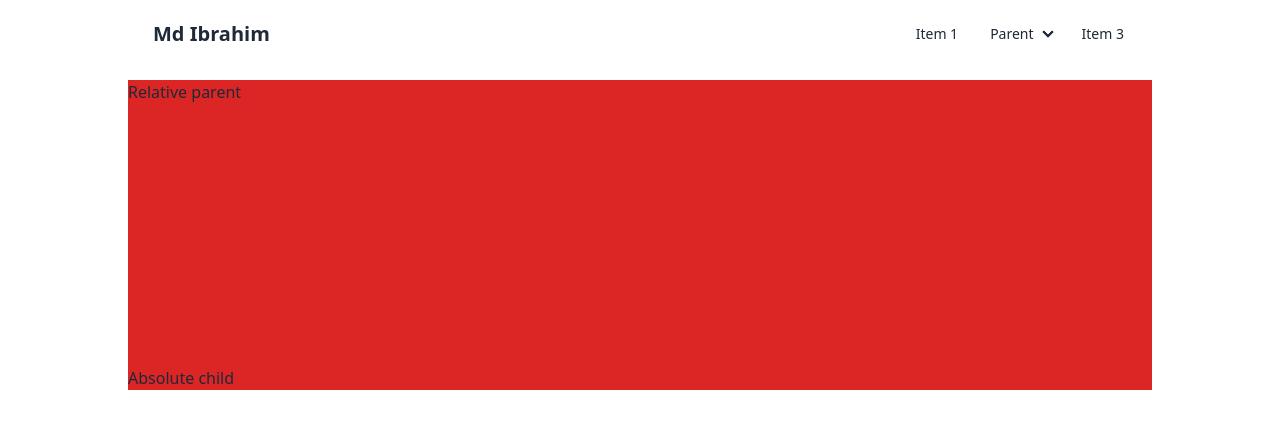
Repository: mdrubel02/portfilo
Page: /
The author's editor kept a copy of each file at every save. The page is drawn from the files as they stood at one save, then again after the next save.
The browser window is 1280 px wide. The pictures show the whole page.
The project was rebuilt for these pictures with package versions that can differ from the ones it lists, and the page was loaded fresh each time. Also part of the build but not shown: vite.config.js.

Above is the page before, as saved 2023-06-22 20:23:54.

### src/main.jsx
import React from 'react'
import ReactDOM from 'react-dom/client'
import './index.css'
import { RouterProvider } from 'react-router-dom'
import router from './Layout/routes'



ReactDOM.createRoot(document.getElementById('root')).render(
  <React.StrictMode>
    <div className='max-w-screen-lg mx-auto'>
      <RouterProvider router={router} />
    </div>
  </React.StrictMode>,
)

### src/Layout/routes.jsx
import { createBrowserRouter } from "react-router-dom";
import Main from "./Main";
import Home from "../Pages/Home/Home";


const router = createBrowserRouter([
  {
    path: "/",
    element: <Main />,
    children: [
      { path: '/', element: <Home /> },
      { path: '/home', element: <Home /> }
    ]
  }
]);

export default router;

### src/Layout/Main.jsx
import React from 'react';
import Navbar from '../Shared/Navbar/Navbar';
import { Outlet } from 'react-router-dom';

const Main = () => {
    return (
        <div className=''>
            <Navbar />
            <Outlet />
        </div>
    );
};

export default Main;

### src/Pages/Home/Home.jsx
import React from 'react';
import profile from '../../assets/nayeem.jpg'

const Home = () => {
    return (
        <div className='mt-3 '>
            <div className='h-[310px] bg-red-600 relative'>
                <div className=''>
                        <p>Relative parent</p>
                        <div class="absolute bottom-0 left-0 ...">
                            <p>Absolute child</p>
                        </div>

                    <div></div>
                </div>
            </div>
        </div>
    );
};

export default Home;

### src/Shared/Navbar/Navbar.jsx
import React from 'react';

const Navbar = () => {
    return (
        <div className="navbar bg-base-100 ">
            <div className="navbar-start">
            <div className="dropdown ">
                    <label tabIndex={0} className="btn btn-ghost lg:hidden">
                        <svg xmlns="http://www.w3.org/2000/svg" className="h-5 w-5" fill="none" viewBox="0 0 24 24" stroke="currentColor"><path strokeLinecap="round" strokeLinejoin="round" strokeWidth="2" d="M4 6h16M4 12h8m-8 6h16" /></svg>
                    </label>
                    <ul tabIndex={0} className="menu menu-sm dropdown-content mt-3 z-[1] p-2 shadow bg-base-100 rounded-box w-52">
                        <li><a>Item 1</a></li>
                        <li>
                            <a>Parent</a>
                            <ul className="p-2">
                                <li><a>Submenu 1</a></li>
                                <li><a>Submenu 2</a></li>
                            </ul>
                        </li>
                        <li><a>Item 3</a></li>
                    </ul>
                </div>
                <a className="btn btn-ghost normal-case text-xl">Md Ibrahim</a>
            </div>
            <div className="navbar-end hidden lg:flex">
                <ul className="menu menu-horizontal px-1">
                    <li><a>Item 1</a></li>
                    <li tabIndex={0}>
                        <details>
                            <summary>Parent</summary>
                            <ul className="p-2">
                                <li><a>Submenu 1</a></li>
                                <li><a>Submenu 2</a></li>
                            </ul>
                        </details>
                    </li>
                    <li><a>Item 3</a></li>
                </ul>
            </div>


        </div>
    );
};

export default Navbar;

Loaded but not shown: index.html (common file); src/index.css (common file); tailwind.config.js (common file)

After the next save:
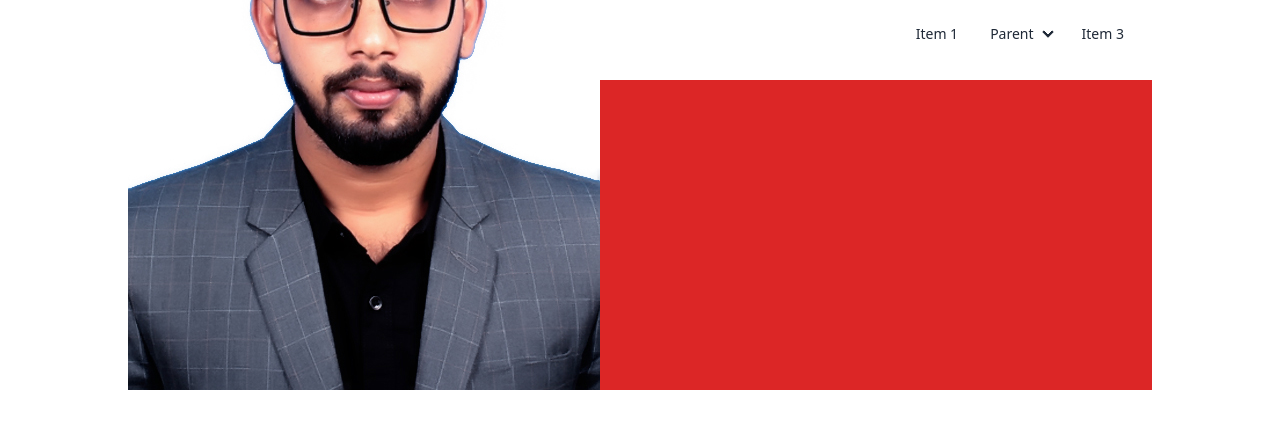
Saved 50 s later.
--- a/src/Pages/Home/Home.jsx
+++ b/src/Pages/Home/Home.jsx
@@ -8,7 +8,7 @@ const Home = () => {
                 <div className=''>
                         <p>Relative parent</p>
                         <div class="absolute bottom-0 left-0 ...">
-                            <p>Absolute child</p>
+                            <img src={profile} alt="profile" />
                         </div>
 
                     <div></div>
